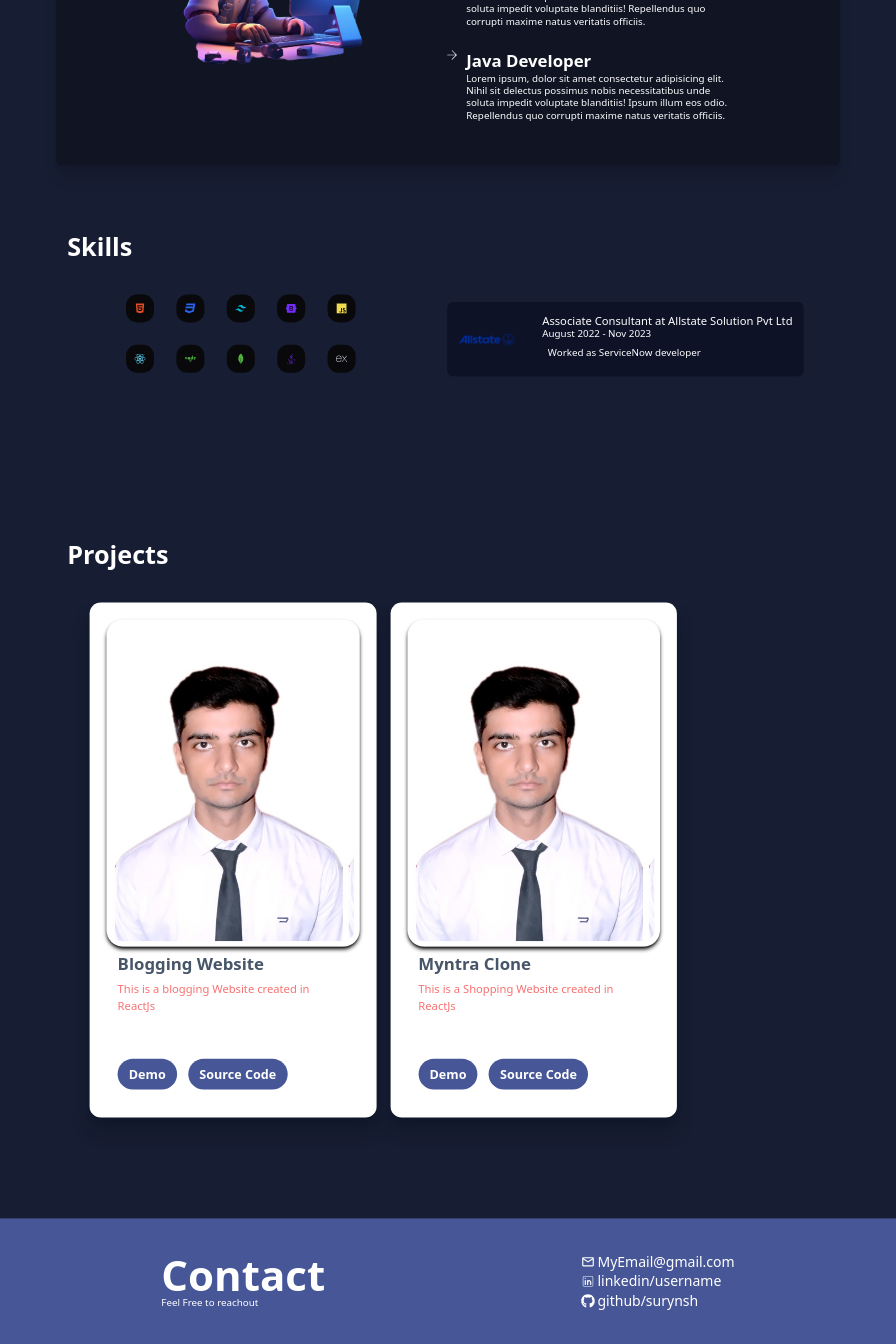
Repository: suryanshsingh99181/portfolio
Page: /
These files come from the project's save history. The page is drawn as it stood at one moment and after the next save; the edit follows.
The browser window is 1280 px wide. The pictures show the part of the page from y = 902 to 2822 px (the page is 2822 px tall before and 2594 px after), at 70% of full size.
The project was rebuilt for these pictures with package versions that can differ from the ones it lists, and the page was loaded fresh each time. Also part of the build but not shown: vite.config.js.

Above is the page before, as saved 2024-08-22 12:03:01.

After the next save:
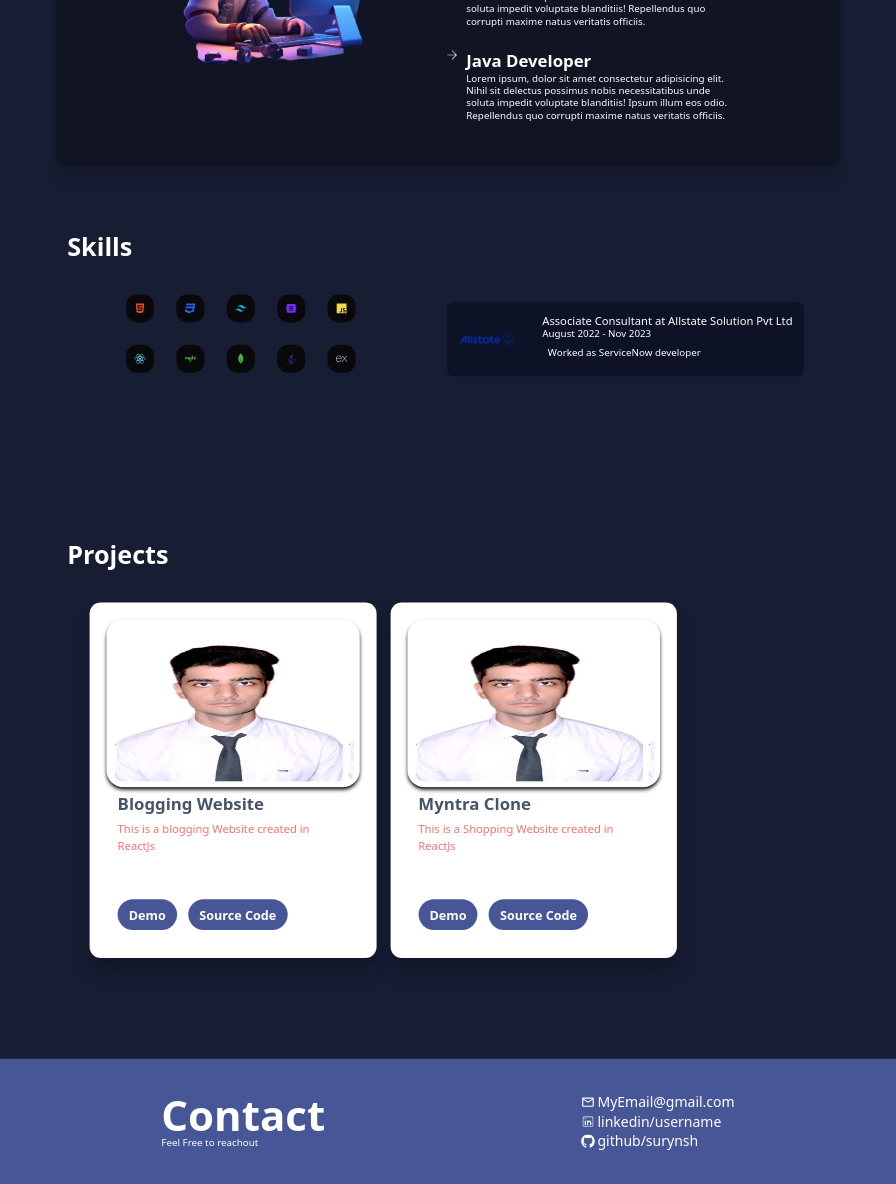
Saved 22 s later.
--- a/src/Components/Projects/ProjectCard.jsx
+++ b/src/Components/Projects/ProjectCard.jsx
@@ -4,7 +4,7 @@
   return (
     <div className="w-2/5 p-2 md:p-6 flex flex-col bg-white shadow-xl shadow-slate-900 rounded-2xl">
       <img
-        className="p-2 rounded-3xl shadow-md shadow-black"
+        className="p-2 rounded-3xl shadow-md shadow-black h-60"
         src={suryansh}
         alt="bannerimage"
       />
